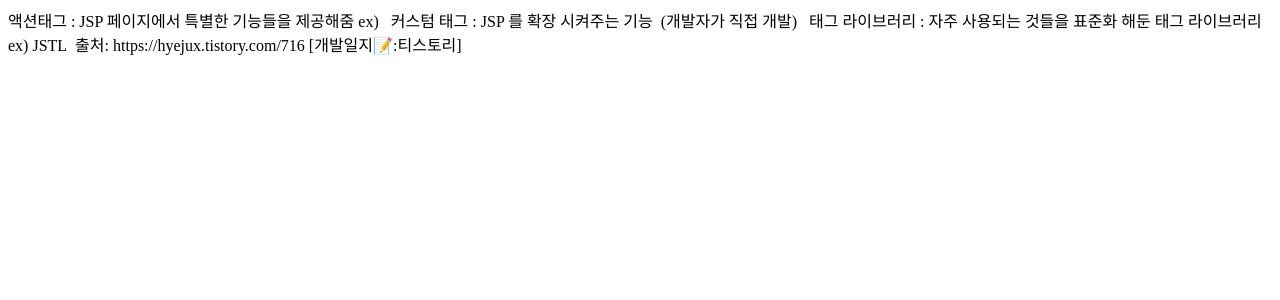
Repository: hyejux/JSP_STUDY
Page: http://localhost/JSPPractice2/JSP_ex5.jsp
The author's editor kept a copy of each file at every save. The page is drawn from the files as they stood at one save, then again after the next save.
The browser window is 1280 px wide. The pictures show the whole page.
The page is served by Tomcat 9.

Above is the page before, as saved 2025-01-07 16:37:30.

After the next save:
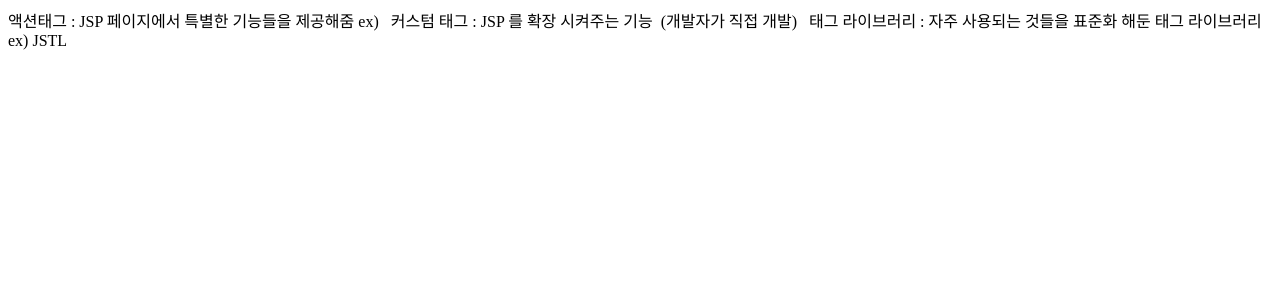
Saved 3 min 50 s later.
--- a/JSPPractice2/src/main/webapp/JSP_ex5.jsp
+++ b/JSPPractice2/src/main/webapp/JSP_ex5.jsp
@@ -4,14 +4,16 @@
 <html>
 <head>
 <meta charset="UTF-8">
-<title>Insert title here</title>
+<title> 액션 태그 소개 </title>
 </head>
 <body>
+
+
 액션태그 : JSP 페이지에서 특별한 기능들을 제공해줌 ex)
 
 커스텀 태그 : JSP 를 확장 시켜주는 기능  (개발자가 직접 개발)
 
 태그 라이브러리 : 자주 사용되는 것들을 표준화 해둔 태그 라이브러리 ex) JSTL
-출처: https://hyejux.tistory.com/716 [개발일지📝:티스토리]
+
 </body>
 </html>
